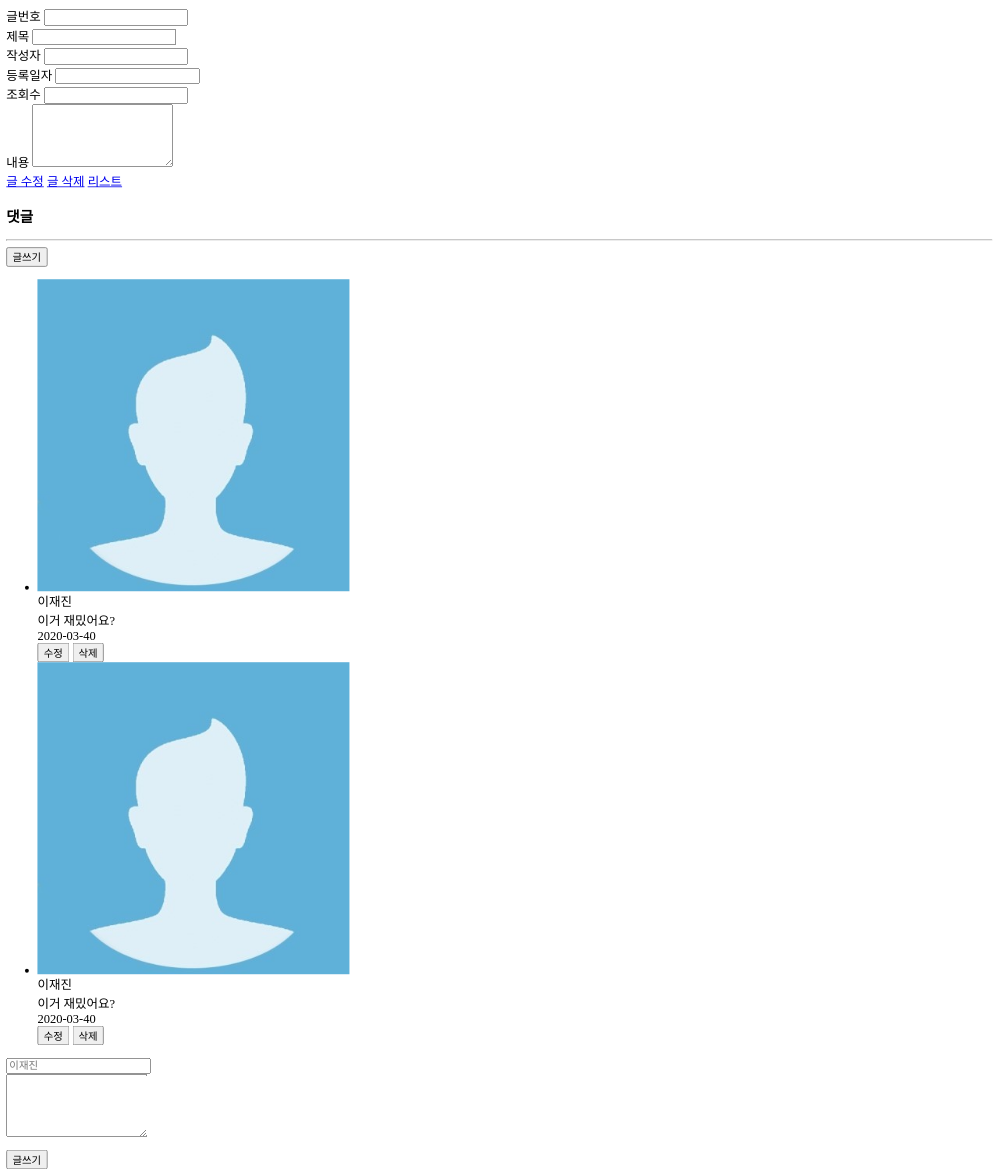
Repository: JaeJin2044/Community_spring
Page: http://localhost/Community/WEB-INF/views/board/detail.jsp
An editor plug-in stored every save of this project. The page is shown before and after the next save, followed by the edit.
The browser window is 1280 px wide. The pictures show the whole page, at 78% of full size.
The page is served by Tomcat 9. Nobody is signed in. The template is opened directly, without the code that normally fills it, so the values that code supplies are empty.

Above is the page before, as saved 2021-03-29 07:36:49.

After the next save:
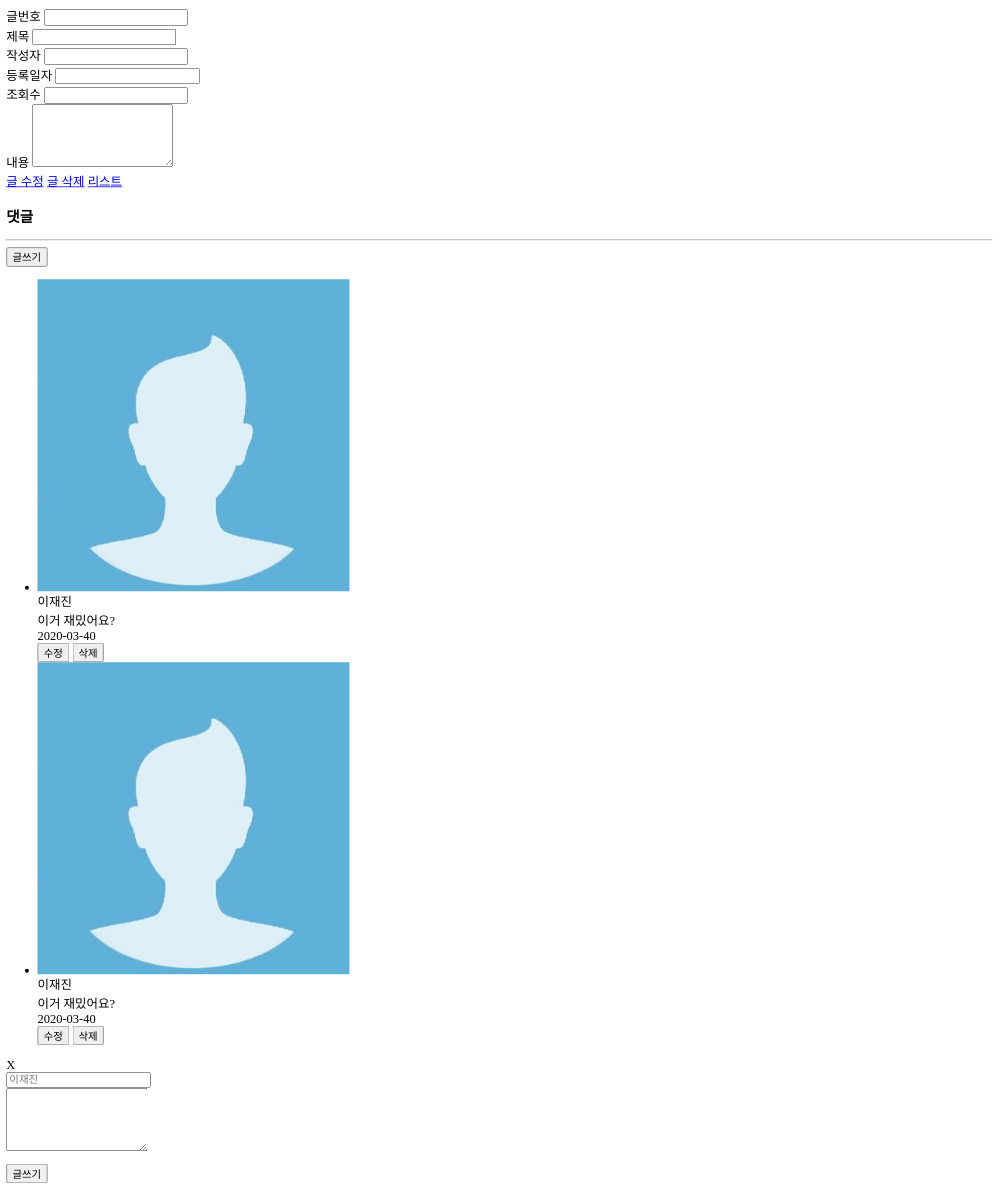
Saved 42 s later.
--- a/Community/src/main/webapp/WEB-INF/views/board/detail.jsp
+++ b/Community/src/main/webapp/WEB-INF/views/board/detail.jsp
@@ -83,6 +83,7 @@
 
 	<div class="writeModal">
 		<form class="writeModal-form">
+			<span class="modal-close">X</span>
 			<div>
 				<input type="text" name="" placeholder="이재진">
 			</div>
